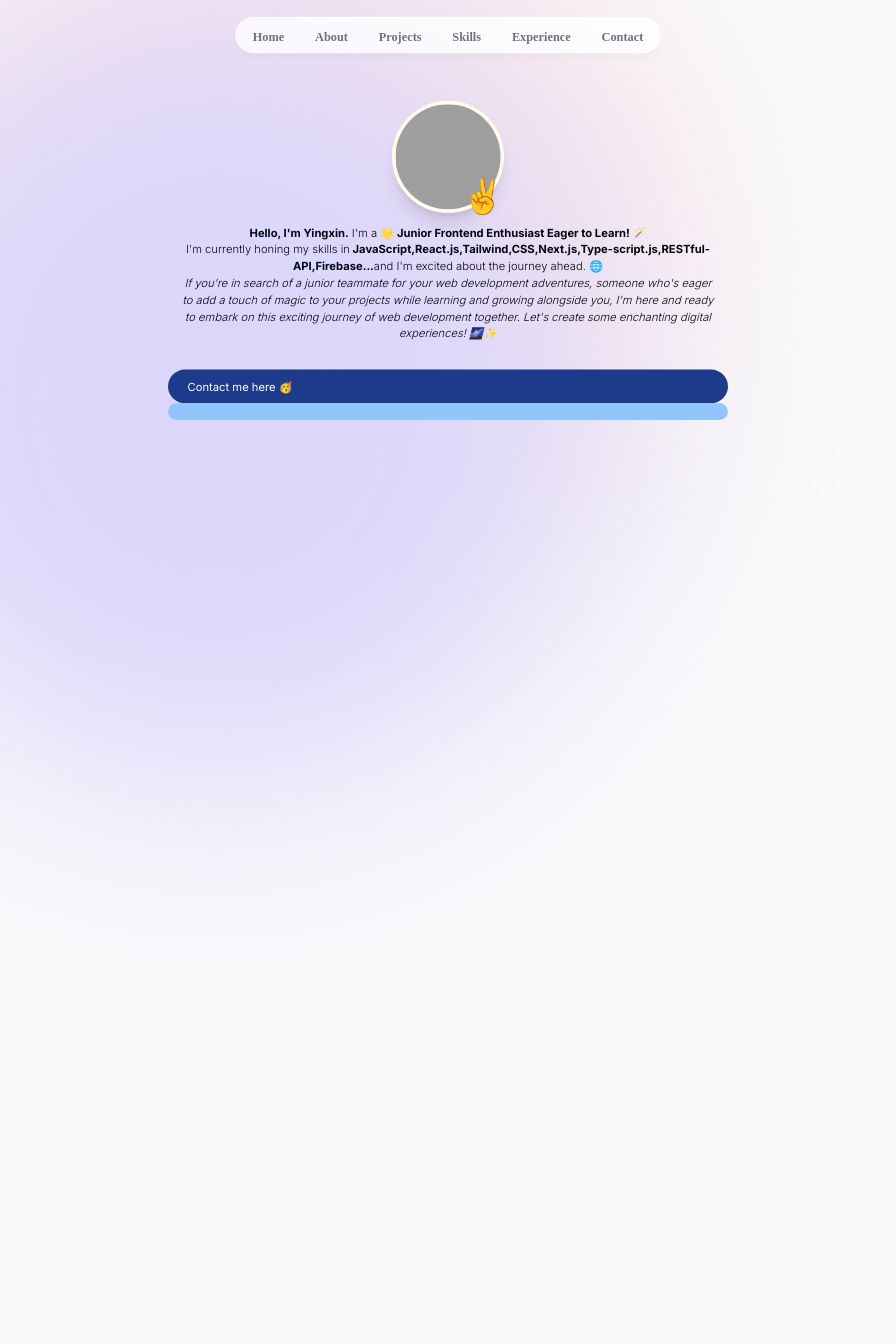
Repository: Tracy-maker/portfolio_website
Page: /
An editor plug-in stored every save of this project. The page is shown before and after the next save, followed by the edit.
The browser window is 1280 px wide. The pictures show the part of the page from y = 0 to 1920 px (the page is 5000 px tall), at 70% of full size.
Pictures or frames that could not be fetched are drawn as grey boxes. The project was rebuilt for these pictures with package versions that can differ from the ones it lists, and the page was loaded fresh each time. The framework's server and built-in components were replaced by stand-ins that run in the browser. Also part of the build but not shown: next.config.js.

Above is the page before, as saved 2023-10-06 11:03:38.

After the next save:
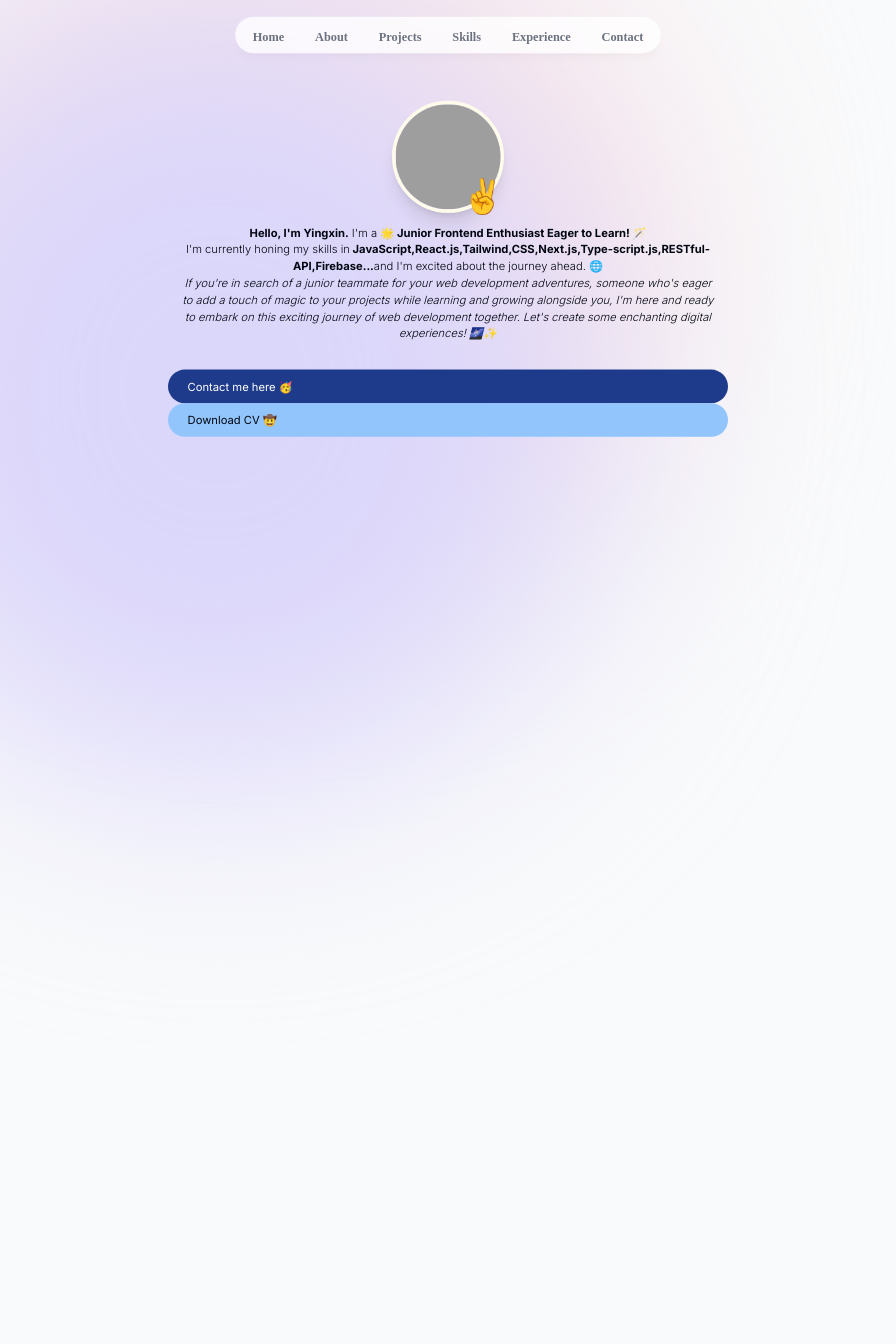
Saved 98 s later.
--- a/components/intro.tsx
+++ b/components/intro.tsx
@@ -77,7 +77,7 @@ export default function Intro() {
         >
           Contact me here 🥳
         </Link>
-        <a className="bg-blue-300 px-7 py-3 flex items-center gap-2 rounded-full"></a>
+        <a className="bg-blue-300 px-7 py-3 flex items-center gap-2 rounded-full">Download CV 🤠</a>
       </div>
     </section>
   );
